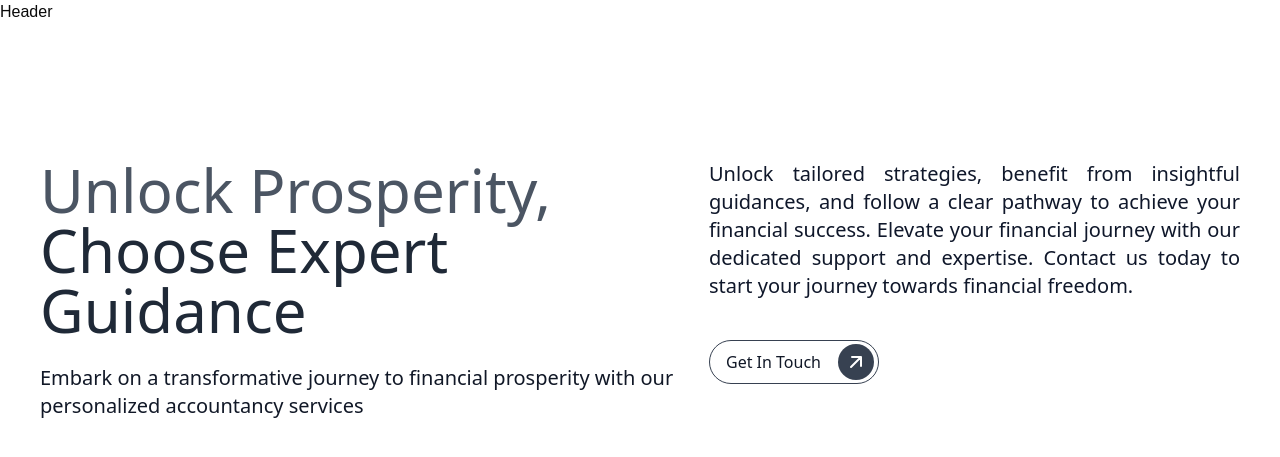
Repository: vespersolutionspk18/integrast-website
Page: /
The author's editor kept a copy of each file at every save. The page is drawn from the files as they stood at one save, then again after the next save.
The browser window is 1280 px wide. The pictures show the whole page.
The project was rebuilt for these pictures with package versions that can differ from the ones it lists, and the page was loaded fresh each time. The framework's server and built-in components were replaced by stand-ins that run in the browser. Also part of the build but not shown: next.config.ts.

Above is the page before, as saved 2024-12-09 14:59:32.

After the next save:
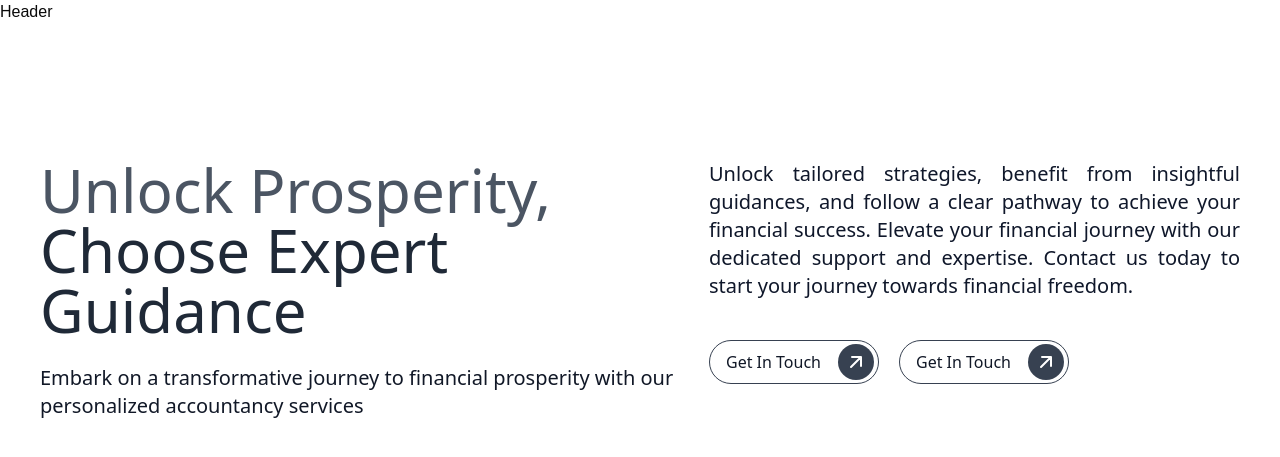
Saved 51 s later.
--- a/app/Hero.tsx
+++ b/app/Hero.tsx
@@ -22,6 +22,17 @@ const Hero = () => {
   </div>
             </div>
                 </div>
+                <div>
+                <div id="button"
+  className="group  bg-white h-[44px] flex-row border-[1px] border-gray-700 text-gray-900 text-[16px] py-1 px-1 font-light rounded-full hidden md:flex items-center justify-between w-[170px] transition-width duration-500 ease-in-out  hover:w-[195px] hover:bg-gray-700 hover:border-gray-700 hover:text-white "
+
+>
+  <div className="mx-3 font-sans font-regular">Get In Touch</div>
+  <div className="bg-gray-700 rounded-full h-[36px] w-[36px] flex items-center justify-center transition-transform duration-500 ease-in-out group-hover:rotate-45">
+    <ButtonArrow className="h-[24px] w-[24px]" />
+  </div>
+            </div>
+                </div>
 
                 </div>
             </div>
